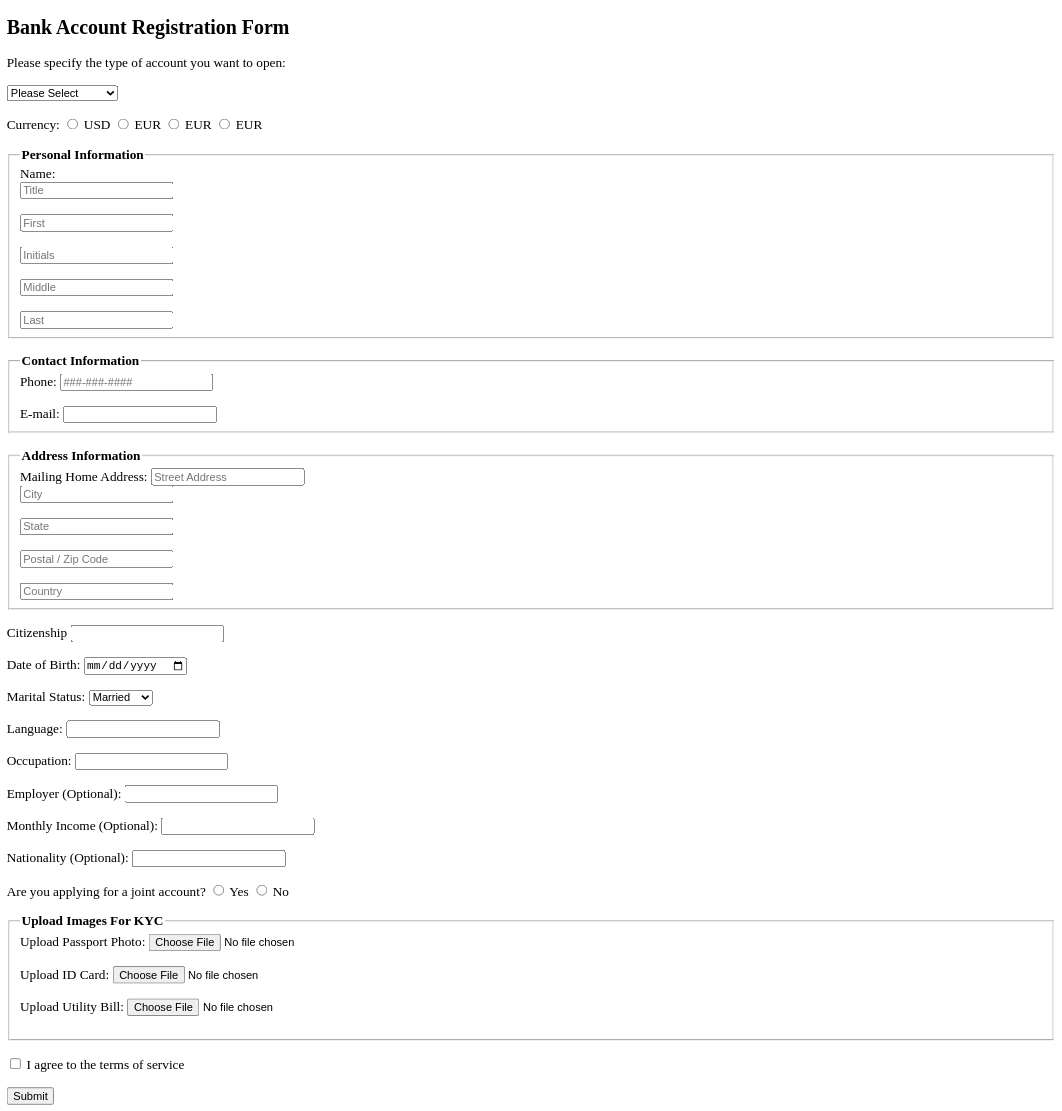
Repository: hizeetech/First-Assignment
Page: sign_up.html
These files come from the project's save history. The page is drawn as it stood at one moment and after a run of saves; the edit follows.
The browser window is 1280 px wide. The pictures show the whole page, at 83% of full size.

Above is the page before, as saved 2024-11-09 03:31:01.

After the next 6 saves:
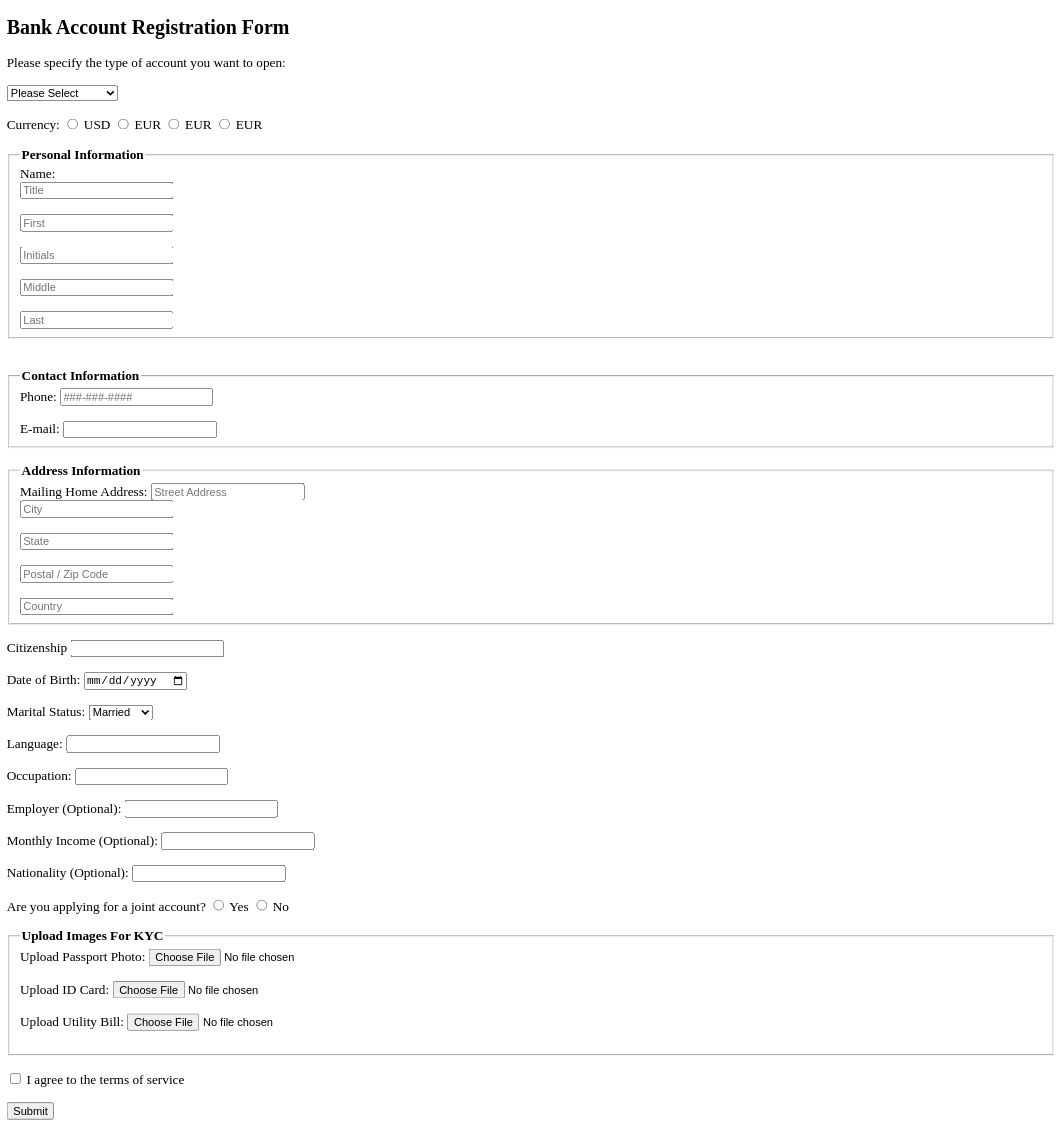
The 6 saves are shown as one change because they came seconds apart.
The last was saved 15 s later.
--- a/sign_up.html
+++ b/sign_up.html
@@ -42,7 +42,10 @@
             <input type="text" name="last_name" placeholder="Last" required><br>
             </fieldset>
         </div>
+        <br>
+        <div>
 
+        </div>
         <br>
         <div>
             <fieldset>
